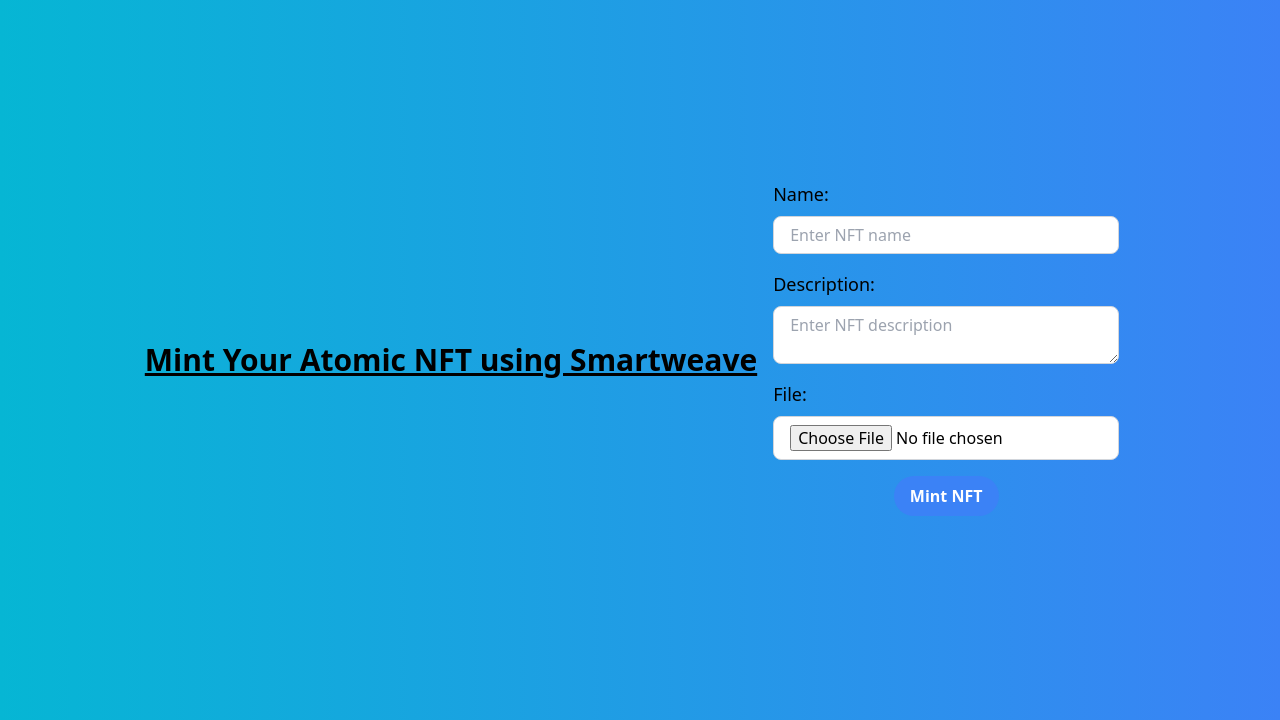
Repository: pawelpiwowarski/arweave-nft
Page: /
The author's editor kept a copy of each file at every save. The page is drawn from the files as they stood at one save, then again after the next save.
The browser window is 1280 px wide. The pictures show the whole page.
The project was rebuilt for these pictures with package versions that can differ from the ones it lists, and the page was loaded fresh each time. The framework's server and built-in components were replaced by stand-ins that run in the browser.

Above is the page before, as saved 2023-01-30 14:54:36.

After the next save:
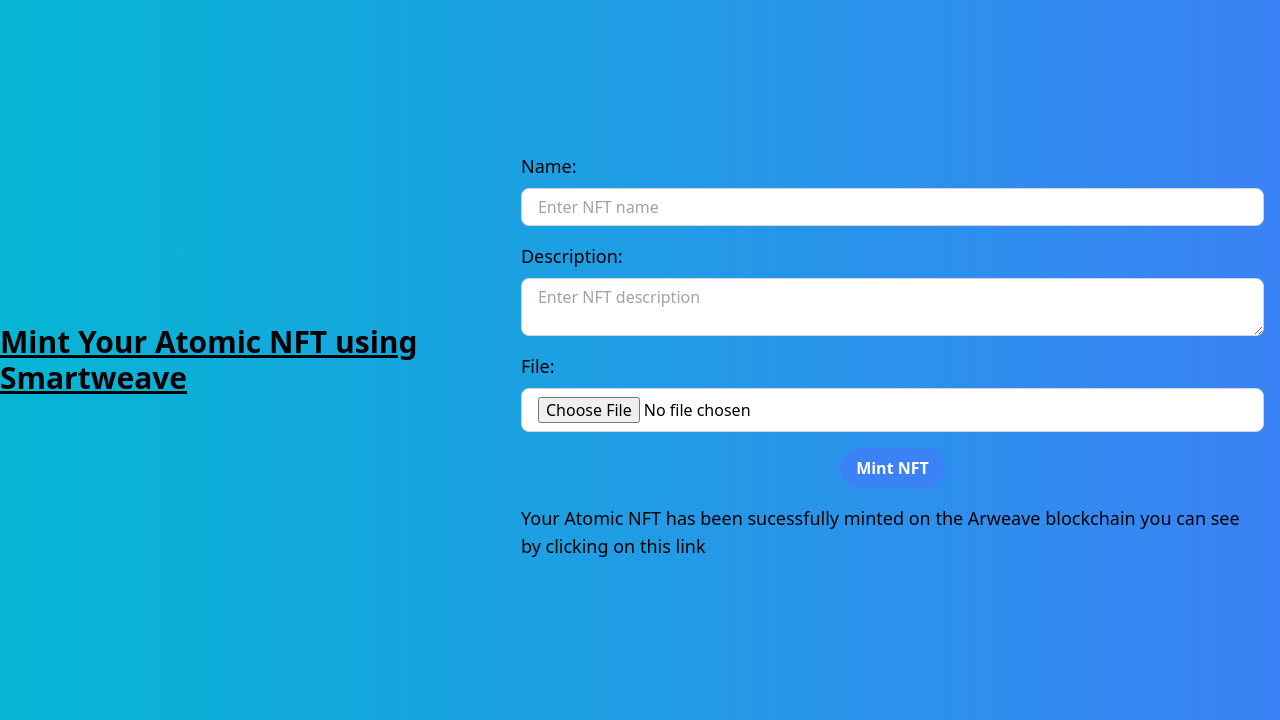
Saved 9 s later.
--- a/pages/index.tsx
+++ b/pages/index.tsx
@@ -87,7 +87,7 @@
   </div>
 
   <div className="flex flex-col m-4">
-    <p className="text-lg font-medium mb-2" > {respoonse && "Your Atomic NFT has been sucessfully minted on the Arweave blockchain you can see by clicking on this link"} <a target="_blank" href={respoonse}> {respoonse}</a></p>
+    <p className="text-lg font-medium mb-2" > {"Your Atomic NFT has been sucessfully minted on the Arweave blockchain you can see by clicking on this link"} <a target="_blank" href={respoonse}> {respoonse}</a></p>
   </div>
 
 

After the save that followed:
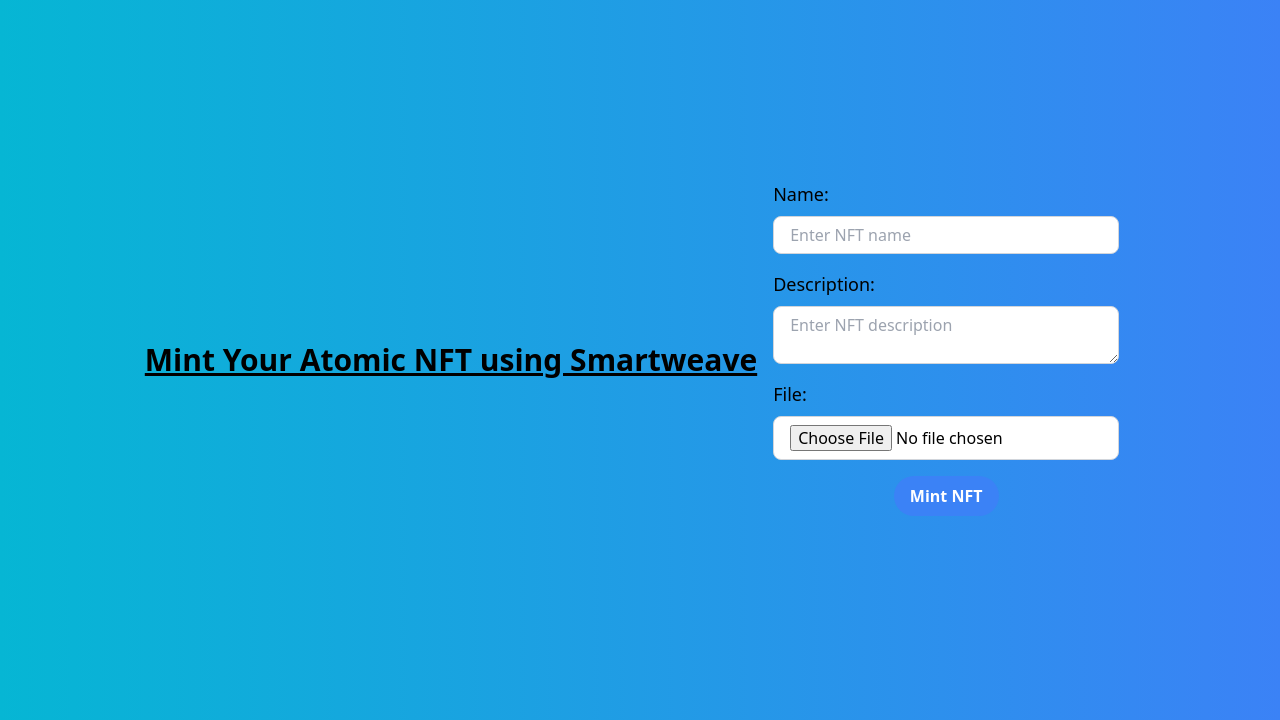
Saved 4 s later.
--- a/pages/index.tsx
+++ b/pages/index.tsx
@@ -87,7 +87,7 @@
   </div>
 
   <div className="flex flex-col m-4">
-    <p className="text-lg font-medium mb-2" > {"Your Atomic NFT has been sucessfully minted on the Arweave blockchain you can see by clicking on this link"} <a target="_blank" href={respoonse}> {respoonse}</a></p>
+    <p className="text-lg font-medium mb-2" > {respoonse && "Your Atomic NFT has been sucessfully minted on the Arweave blockchain you can see by clicking on this link"} <a target="_blank" href={respoonse}> {respoonse}</a></p>
   </div>
 
 
